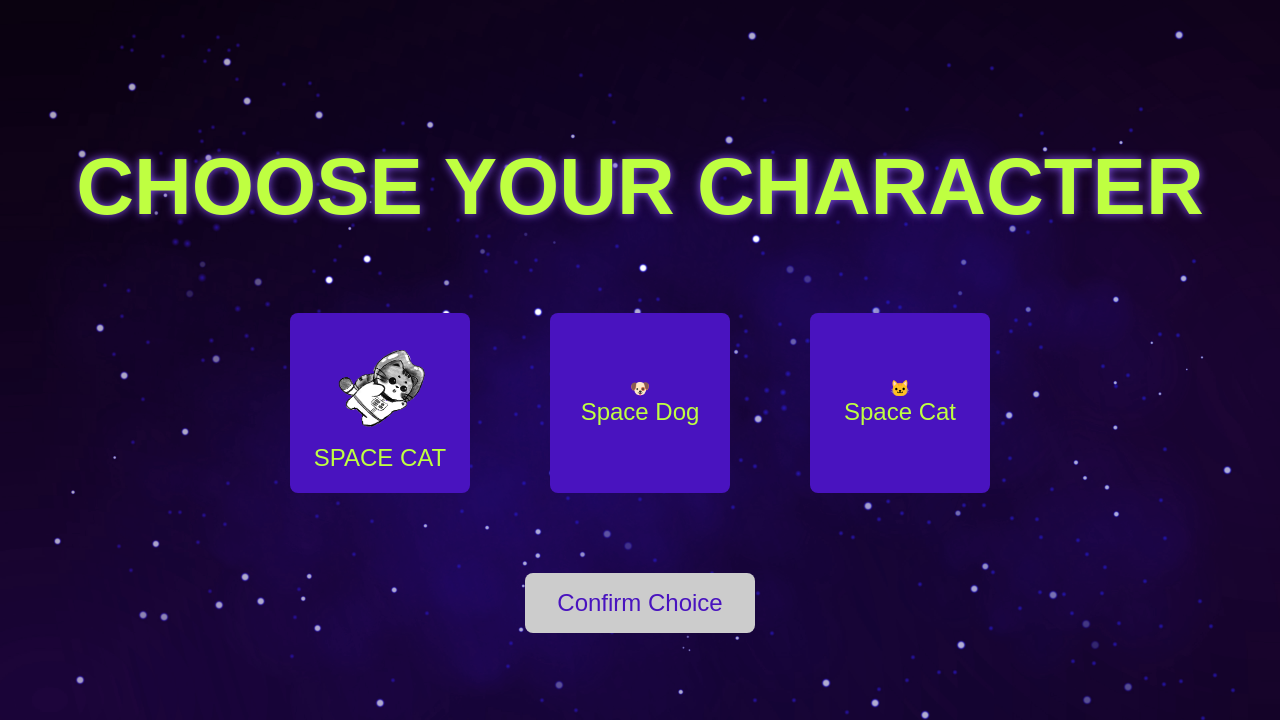
Repository: brunaguarizo/SpaceFarm
Page: index.html
These files come from the project's save history. The page is drawn as it stood at one moment and after the next save; the edit follows.
The browser window is 1280 px wide. The pictures show the whole page.
Some web fonts or font styles are not loaded; a fallback is used.

Above is the page before, as saved 2025-04-24 11:35:51.

### index.html
<!DOCTYPE html>
<html lang="en">
    <head>
        <meta charset="UTF-8" />
        <meta
            name="viewport"
            content="width=device-width, initial-scale=1.0" />
        <title>Space Animals Game</title>
        <link
            rel="stylesheet"
            href="styles.css" />

        <link
            rel="preconnect"
            href="https://fonts.googleapis.com" />
        <link
            rel="preconnect"
            href="https://fonts.gstatic.com"
            crossorigin />
        <link
            href="https://fonts.googleapis.com/css2?family=Ranchers&display=swap"
            rel="stylesheet" />
    </head>
    <body>
        <div id="game-container">
            <!-- Character Selection Screen -->
            <div id="character-select">
                <h1>CHOOSE YOUR CHARACTER</h1>
                <div class="character-options">
                    <div
                        class="character-option"
                        data-character="pig">
                        <img class="character-img" src="img/cat.png" alt="Space Cat"></img>
                        <div class="character-label">SPACE CAT</div>
                    </div>
                    <div
                        class="character-option"
                        data-character="dog">
                        <div class="character-icon">🐶</div>
                        <div class="character-label">Space Dog</div>
                    </div>
                    <div
                        class="character-option"
                        data-character="cat">
                        <div class="character-icon">🐱</div>
                        <div class="character-label">Space Cat</div>
                    </div>
                </div>
                <button
                    id="confirm-btn"
                    disabled>
                    Confirm Choice
                </button>
            </div>

            <!-- Game Screen -->
            <div id="game-screen">
                <div id="player"></div>
                <div id="score-container">
                    <div id="score">Score: 0</div>
                    <button id="pause-btn">Pause</button>
                </div>
            </div>

            <!-- Pause Screen -->
            <div id="pause-screen">
                <h2>Game Paused</h2>
                <button id="resume-btn">Resume</button>
            </div>

            <!-- Game Over Screen -->
            <div id="game-over">
                <h2>Game Over</h2>
                <div id="final-score">Score: 0</div>
                <button id="restart-btn">Play Again</button>
            </div>
        </div>

        <script src="script.js"></script>
    </body>
</html>

### styles.css
body {
    margin: 0;
    padding: 0;
    overflow: hidden;
    font-family: var(--font-family);
    background-color: var(--mid-green);
}

#game-container {
    position: relative;
    width: 100vw;
    height: 100vh;
    background-image: url("img/space-bg.jpg");
    background-size: cover;
    overflow: hidden;
}

/* Character Selection Screen */
#character-select {
    position: absolute;
    width: 100%;
    height: 100%;
    display: flex;
    flex-direction: column;
    justify-content: center;
    align-items: center;
    z-index: 10;
}

#character-select h1 {
    color: var(--light-green);
    font-size: var(--header);
    margin-bottom: var(--space-extra-large);
    text-shadow: 0 0 10px var(--mid-purple);
}

.character-options {
    display: flex;
    gap: var(--space-extra-large);
    margin-bottom: var(--space-extra-large);
}

.character-option {
    width: var(--space-huge);
    height: var(--space-huge);
    background-color: var(--dark-purple);
    border-radius: var(--space-small);
    display: flex;
    flex-direction: column;
    align-items: center;
    justify-content: center;
    cursor: pointer;
    transition: transform 0.3s, box-shadow 0.3s;
    padding: var(--space-small);
    border: 2px solid transparent;
}

.character-option:hover {
    transform: scale(1.05);
    box-shadow: 0 0 15px var(--light-purple);
}

.character-option.selected {
    border-color: var(--light-green);
    box-shadow: 0 0 20px var(--light-green);
}

.character-img {
    width: 100%;
    height: auto;
    display: flex;
    justify-content: center;
    align-items: center;
}

.character-label {
    color: var(--light-green);
    font-size: var(--text);
}

#confirm-btn {
    padding: var(--space-regular) var(--space-medium);
    background-color: var(--light-green);
    color: var(--dark-purple);
    border: none;
    border-radius: var(--space-small);
    font-size: var(--text);
    font-family: var(--font-family);
    cursor: pointer;
    transition: background-color 0.3s;
}

#confirm-btn:hover {
    background-color: var(--mid-green);
}

#confirm-btn:disabled {
    background-color: #cccccc;
    cursor: not-allowed;
}

/* Game Screen */
#game-screen {
    display: none;
    position: absolute;
    width: 100%;
    height: 100%;
}

#player {
    position: absolute;
    width: var(--space-large);
    height: var(--space-large);
    left: var(--space-extra-large);
    top: 50%;
    transform: translateY(-50%);
    line-height: 1;
    z-index: 5;
}

.asteroid {
    position: absolute;
    font-size: 30px;
    color: #aaa;
}

#score-container {
    position: absolute;
    top: 20px;
    right: 20px;
    display: flex;
    align-items: center;
    gap: 20px;
    z-index: 5;
}

#score {
    color: white;
    font-size: 24px;
    font-weight: bold;
    background-color: rgba(0, 0, 0, 0.5);
    padding: 10px 20px;
    border-radius: 10px;
}

#pause-btn {
    background-color: rgba(0, 0, 0, 0.5);
    color: white;
    border: none;
    border-radius: 5px;
    font-size: 18px;
    padding: 10px 15px;
    cursor: pointer;
    transition: background-color 0.3s;
}

#pause-btn:hover {
    background-color: rgba(0, 0, 0, 0.7);
}

/* Game Over Screen */
#game-over {
    display: none;
    position: absolute;
    top: 0;
    left: 0;
    width: 100%;
    height: 100%;
    background-color: rgba(0, 0, 0, 0.8);
    z-index: 15;
    flex-direction: column;
    justify-content: center;
    align-items: center;
}

#game-over h2 {
    color: #ff3333;
    font-size: 3.5rem;
    margin-bottom: 1rem;
    text-shadow: 0 0 10px rgba(255, 0, 0, 0.5);
}

#final-score {
    color: white;
    font-size: 2rem;
    margin-bottom: 2rem;
}

#restart-btn {
    padding: 12px 30px;
    background-color: #3366ff;
    color: white;
    border: none;
    border-radius: 5px;
    font-size: 1.2rem;
    cursor: pointer;
    transition: background-color 0.3s;
}

#restart-btn:hover {
    background-color: #2952cc;
}

/* Utility Classes */
.invisible {
    opacity: 0;
}

/* Pause Screen */
#pause-screen {
    display: none;
    position: absolute;
    top: 0;
    left: 0;
    width: 100%;
    height: 100%;
    background-color: rgba(0, 0, 0, 0.7);
    z-index: 12;
    flex-direction: column;
    justify-content: center;
    align-items: center;
    color: white;
}

#pause-screen h2 {
    font-size: 3rem;
    margin-bottom: 2rem;
}

#resume-btn {
    padding: 12px 30px;
    background-color: #4caf50;
    color: white;
    border: none;
    border-radius: 5px;
    font-size: 1.2rem;
    cursor: pointer;
    transition: background-color 0.3s;
}

#resume-btn:hover {
    background-color: #45a049;
}

/* --------------------------- variables  --------------------------- */
:root {
    --font-family: "Ranchers", sans-serif;
    --header: 80px;
    --text: 24px;

    --light-green: #bfff41;
    --mid-green: #a3de1a;
    --dark-green: #46b800;
    --light-pink: #ffc2ec;
    --mid-pink: #f0429c;
    --dark-pink: #910b64;
    --light-purple: #dcccff;
    --mid-purple: #8655ef;
    --dark-purple: #4913bf;

    --space-extra-small: 4px;
    --space-small: 8px;
    --space-regular: 16px;
    --space-medium: 32px;
    --space-large: 48px;
    --space-extra-large: 80px;
    --space-huge: 160px;
}

### script.js
// Game variables
let selectedCharacter = "";
let score = 0;
let playerElement;
let gameRunning = false;
let isPaused = false;
let playerY;
let asteroids = [];
let gameLoopInterval;
let asteroidInterval;
let gameHeight;
let gameWidth;

// Character emoji mapping
const characterEmojis = {
    pig: "🐷",
    dog: "🐶",
    cat: "🐱",
};

// Asteroid options
const asteroidOptions = ["🌑", "☄️", "🪨", "💫"];

// DOM elements
const characterOptions = document.querySelectorAll(".character-option");
const confirmBtn = document.getElementById("confirm-btn");
const characterSelectScreen = document.getElementById("character-select");
const gameScreen = document.getElementById("game-screen");
const pauseBtn = document.getElementById("pause-btn");
const pauseScreen = document.getElementById("pause-screen");
const resumeBtn = document.getElementById("resume-btn");
const gameOverScreen = document.getElementById("game-over");
const finalScoreDisplay = document.getElementById("final-score");
const restartBtn = document.getElementById("restart-btn");
const scoreDisplay = document.getElementById("score");

// Initialize the game
function init() {
    // Character selection event listeners
    characterOptions.forEach((option) => {
        option.addEventListener("click", () => {
            // Remove selected class from all options
            characterOptions.forEach((opt) => opt.classList.remove("selected"));
            // Add selected class to clicked option
            option.classList.add("selected");
            // Store selected character
            selectedCharacter = option.dataset.character;
            // Enable confirm button
            confirmBtn.disabled = false;
        });
    });

    // Confirm button event listener
    confirmBtn.addEventListener("click", startGame);

    // Pause button event listener
    pauseBtn.addEventListener("click", togglePause);

    // Resume button event listener
    resumeBtn.addEventListener("click", togglePause);

    // Restart button event listener
    restartBtn.addEventListener("click", restartGame);

    // Keyboard event listeners
    document.addEventListener("keydown", handleKeyPress);
}

// Start the game
function startGame() {
    // Hide character selection screen
    characterSelectScreen.style.display = "none";
    // Show game screen
    gameScreen.style.display = "block";

    // Set up player
    playerElement = document.getElementById("player");
    playerElement.innerHTML = characterEmojis[selectedCharacter];

    // Initialize variables
    gameHeight = window.innerHeight;
    gameWidth = window.innerWidth;
    score = 0;
    updateScore();
    playerY = gameHeight / 2;
    gameRunning = true;
    isPaused = false;
    asteroids = [];

    // Position player
    updatePlayerPosition();

    // Start game loop
    gameLoopInterval = setInterval(gameLoop, 16); // ~60fps

    // Start spawning asteroids
    spawnAsteroid(); // Spawn first asteroid immediately
    asteroidInterval = setInterval(spawnAsteroid, 1500); // Then every 1.5 seconds
}

// Game loop
function gameLoop() {
    if (!gameRunning || isPaused) return;

    // Move asteroids
    moveAsteroids();

    // Check collisions
    checkCollisions();
}

// Handle keyboard input
function handleKeyPress(e) {
    if (!gameRunning || isPaused) return;

    const moveDistance = 20;

    if (e.key === "ArrowUp" || e.key === "w") {
        // Move up
        playerY = Math.max(50, playerY - moveDistance);
        updatePlayerPosition();
    } else if (e.key === "ArrowDown" || e.key === "s") {
        // Move down
        playerY = Math.min(gameHeight - 50, playerY + moveDistance);
        updatePlayerPosition();
    }
}

// Update player position on screen
function updatePlayerPosition() {
    playerElement.style.top = `${playerY}px`;
}

// Spawn a new asteroid
function spawnAsteroid() {
    if (!gameRunning || isPaused) return;

    // Create asteroid element
    const asteroid = document.createElement("div");
    asteroid.classList.add("asteroid");

    // Set random asteroid type
    const asteroidType =
        asteroidOptions[Math.floor(Math.random() * asteroidOptions.length)];
    asteroid.innerHTML = asteroidType;

    // Set random position (y-axis)
    const asteroidY = Math.random() * (gameHeight - 100) + 50;

    // Set asteroid properties
    asteroid.style.left = `${gameWidth}px`;
    asteroid.style.top = `${asteroidY}px`;

    // Add to game screen
    gameScreen.appendChild(asteroid);

    // Add to asteroids array
    asteroids.push({
        element: asteroid,
        x: gameWidth,
        y: asteroidY,
        speed: Math.random() * 3 + 5, // Random speed between 5-8
        passed: false,
    });
}

// Move all asteroids
function moveAsteroids() {
    for (let i = asteroids.length - 1; i >= 0; i--) {
        const asteroid = asteroids[i];

        // Move asteroid
        asteroid.x -= asteroid.speed;
        asteroid.element.style.left = `${asteroid.x}px`;

        // Check if asteroid passed the player
        if (!asteroid.passed && asteroid.x < 100) {
            asteroid.passed = true;
            score += 10;
            updateScore();
        }

        // Remove asteroid if it's off-screen
        if (asteroid.x < -50) {
            gameScreen.removeChild(asteroid.element);
            asteroids.splice(i, 1);
        }
    }
}

// Check for collisions
function checkCollisions() {
    const playerRect = {
        x: 100,
        y: playerY - 30,
        width: 60,
        height: 60,
    };

    for (const asteroid of asteroids) {
        const asteroidRect = {
            x: asteroid.x,
            y: asteroid.y - 15,
            width: 30,
            height: 30,
        };

        // Check if player and asteroid rectangles intersect
        if (
            playerRect.x < asteroidRect.x + asteroidRect.width &&
            playerRect.x + playerRect.width > asteroidRect.x &&
            playerRect.y < asteroidRect.y + asteroidRect.height &&
            playerRect.y + playerRect.height > asteroidRect.y
        ) {
            // Collision detected
            gameOver();
            return;
        }
    }
}

// Update score display
function updateScore() {
    scoreDisplay.textContent = `Score: ${score}`;
}

// Toggle pause state
function togglePause() {
    isPaused = !isPaused;

    if (isPaused) {
        pauseScreen.style.display = "flex";
    } else {
        pauseScreen.style.display = "none";
    }
}

// Game over
function gameOver() {
    gameRunning = false;

    // Clear intervals
    clearInterval(gameLoopInterval);
    clearInterval(asteroidInterval);

    // Update final score
    finalScoreDisplay.textContent = `Score: ${score}`;

    // Show game over screen
    gameOverScreen.style.display = "flex";
}

// Restart game
function restartGame() {
    // Clear asteroids
    asteroids.forEach((asteroid) => {
        if (asteroid.element.parentNode) {
            asteroid.element.parentNode.removeChild(asteroid.element);
        }
    });

    // Hide game over screen
    gameOverScreen.style.display = "none";

    // Go back to character selection
    gameScreen.style.display = "none";
    characterSelectScreen.style.display = "flex";

    // Reset character selection
    characterOptions.forEach((opt) => opt.classList.remove("selected"));
    confirmBtn.disabled = true;
    selectedCharacter = "";
}

// Initialize the game when the page loads
window.addEventListener("load", init);

After the next save:
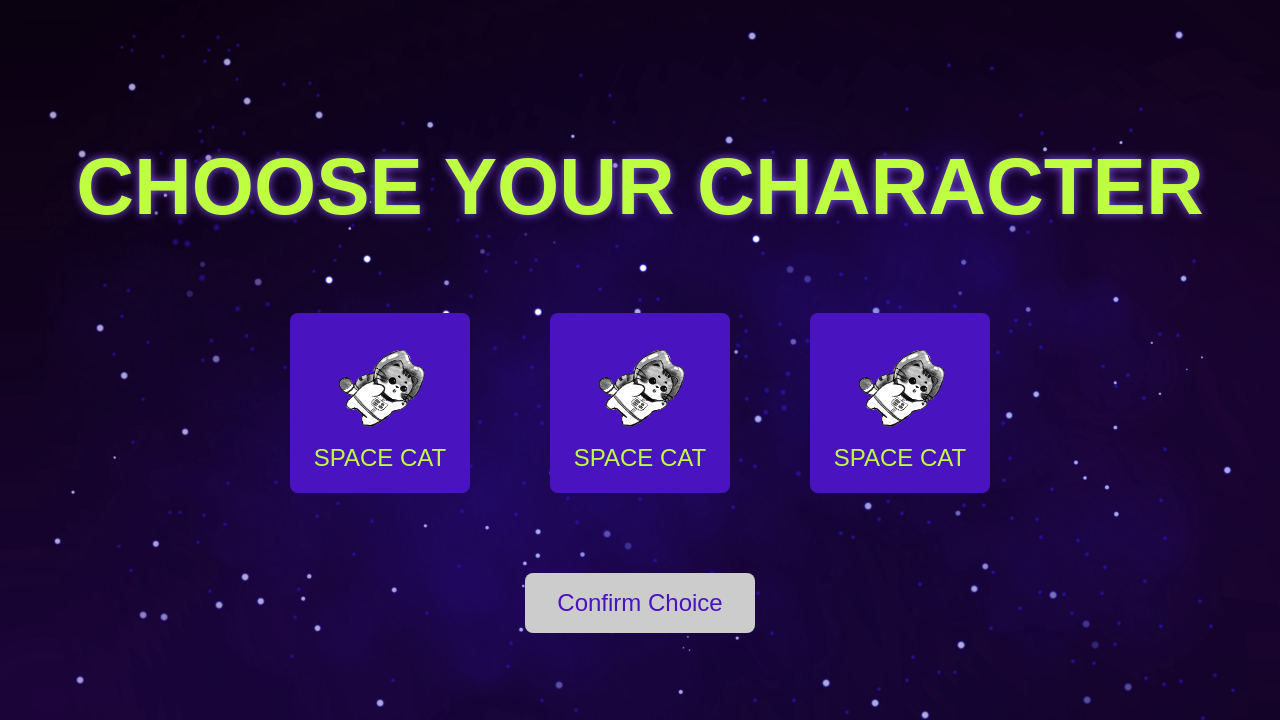
Saved 22 s later.
--- a/index.html
+++ b/index.html
@@ -36,14 +36,14 @@
                     <div
                         class="character-option"
                         data-character="dog">
-                        <div class="character-icon">🐶</div>
-                        <div class="character-label">Space Dog</div>
+                        <img class="character-img" src="img/cat.png" alt="Space Cat"></img>
+                        <div class="character-label">SPACE CAT</div>
                     </div>
                     <div
                         class="character-option"
                         data-character="cat">
-                        <div class="character-icon">🐱</div>
-                        <div class="character-label">Space Cat</div>
+                        <img class="character-img" src="img/cat.png" alt="Space Cat"></img>
+                        <div class="character-label">SPACE CAT</div>
                     </div>
                 </div>
                 <button
